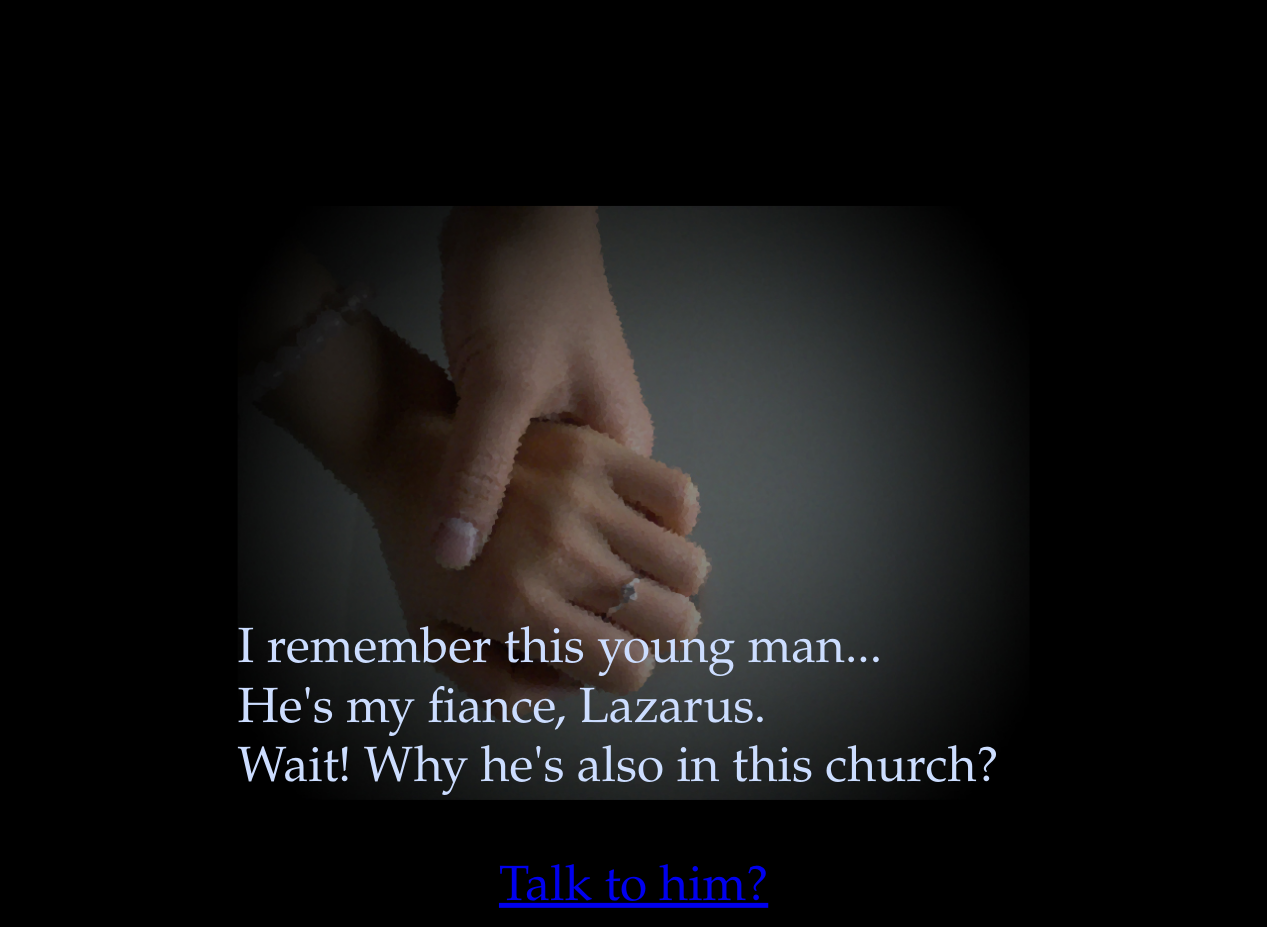
Repository: yiy225/yiy225.github.io
Page: final/ymm1.html
The author's editor kept a record of every edit. The page is drawn from the files as they stood at one moment, then again after the next edit.
The browser window is 1280 px wide. The pictures show the whole page, at 99% of full size.

Above is the page before.

After the next edit:
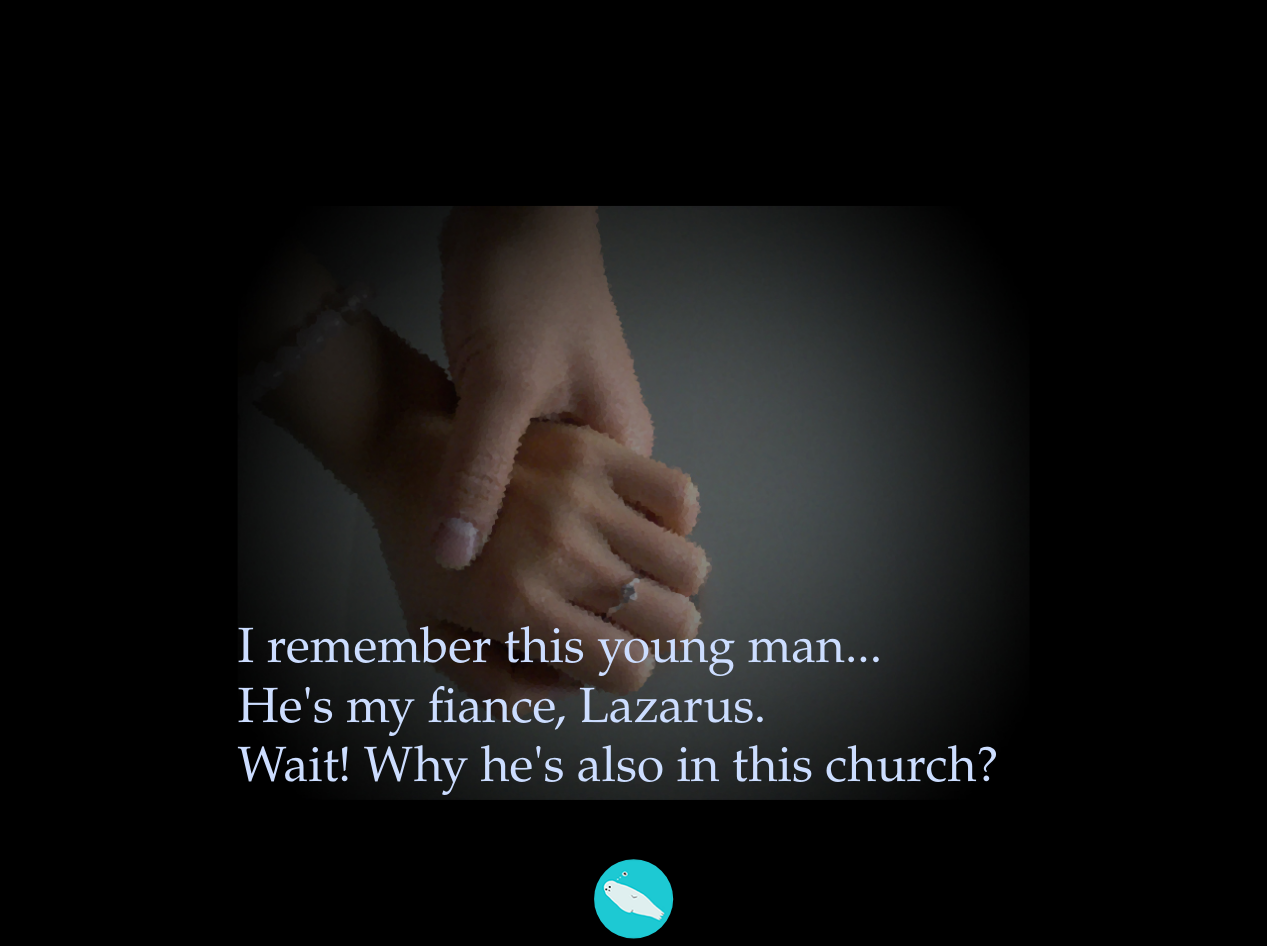
The edit:
--- a/final/ymm1.html
+++ b/final/ymm1.html
@@ -21,7 +21,7 @@
          <br>
          Wait! Why he's also in this church?</div>
      <br>
-     <a href="de1">Talk to him?</a>
+     <a href="de1" class="mouse"></a>
 
     </body>
 </html>
